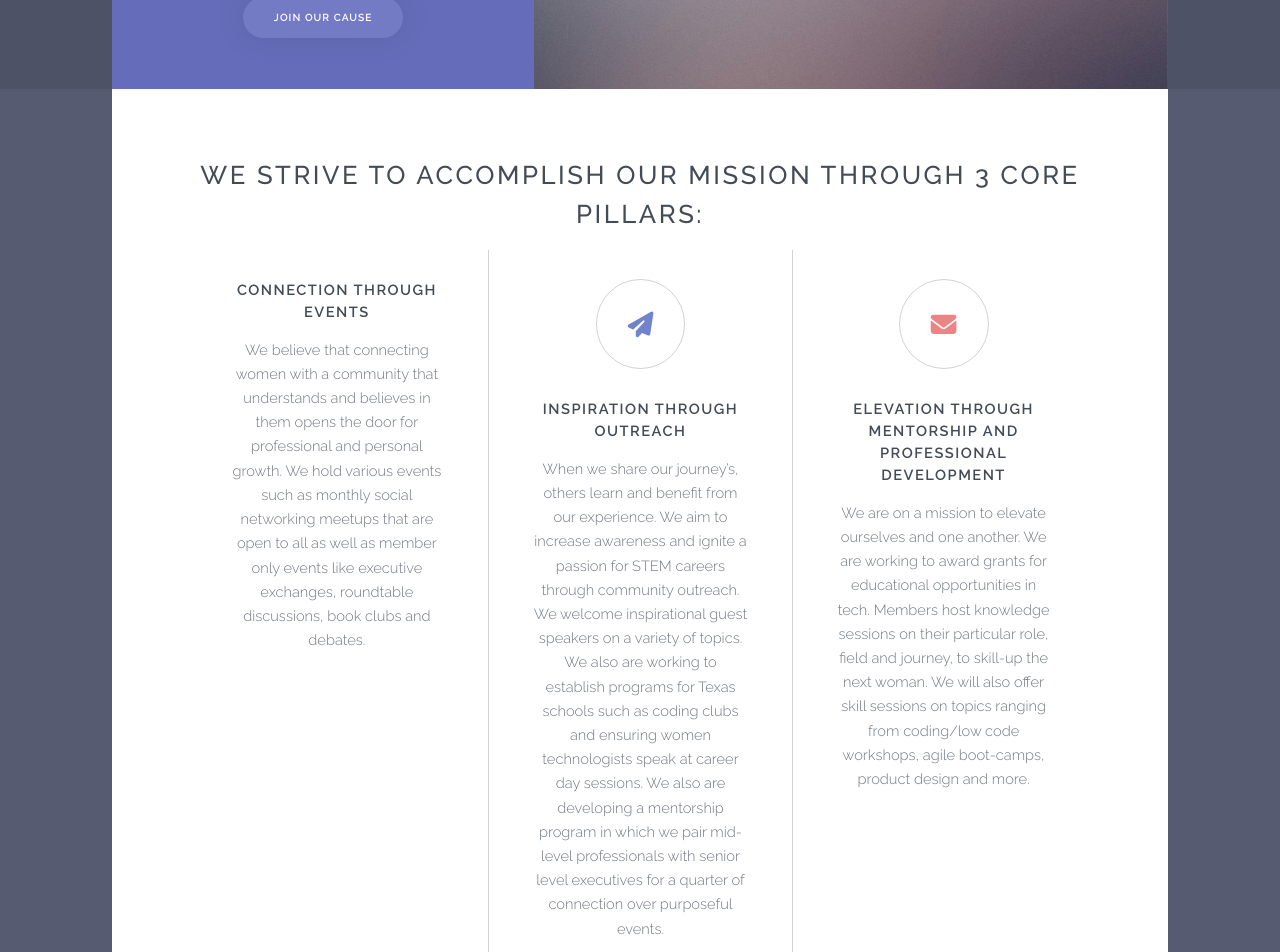
Repository: Roshanell/Houston-women-in-tech
Page: index.html
These files come from the project's save history. The page is drawn as it stood at one moment and after the next save; the edit follows.
The browser window is 1280 px wide. The pictures show the part of the page from y = 420 to 1372 px (the page is 3534 px tall).
Pictures or frames that could not be fetched are drawn as grey boxes. Some web libraries are served in a nearby version.

Above is the page before, as saved 2022-12-11 20:40:12.

### index.html
<!DOCTYPE HTML>

<html>

	<head>
		<title>Texas Women In Tech</title>
		<meta charset="utf-8" />
		<meta name="viewport" content="width=device-width, initial-scale=1, user-scalable=no" />
		<link rel="stylesheet" href="assets/css/main.css" />
		<script src="https://kit.fontawesome.com/48e7997292.js" crossorigin="anonymous"></script>
	</head>

	<body class="is-preload">

		<!-- Page Wrapper -->
		<div id="page-wrapper">

			<!-- Wrapper -->
			<div class="wrapper">
				<div class="inner">

					<!-- Header -->
					<header id="header">
						<a href="index.html" class="logo">Altitude <span>by Pixelarity</span></a>
						<nav>
							<ul>
								<li><a href="#menu">Menu</a></li>
							</ul>
						</nav>
					</header>

					<!-- Nav -->
					<nav id="menu">
						<ul class="links">
							<li><a href="index.html">Home</a></li>
							<li><a href="generic.html">Generic</a></li>
							<li><a href="elements.html">Elements</a></li>
						</ul>
						<ul class="actions stacked">
							<li><a href="#" class="button primary fit">Sign Up</a></li>
							<li><a href="#" class="button fit">Log In</a></li>
						</ul>
					</nav>

					<!-- Banner -->
					<section id="banner">
						<div class="items">
							<section class="accent2">
								<h1>Our Mission</h1>
								<p>Texas Women in Tech is on a mission to empower women and contribute to sustainability in Texas, by
									investing in the skills of women in technology.
									<br>
									We are a volunteer run organization of Texas women in technology that desire meaningful connections
									with other women in tech, that are seeking to inspire and be inspired, and who are interested in
									elevating ourselves and each other.
								</p>
								<ul class="actions special">
									<li><a href="#" class="button primary">Join Our Cause</a></li>
								</ul>
							</section>
							<!-- <section class="accent3">
								<h1>Amet magna</h1>
								<p>Fusce lancinia ipsum feugiat dolor sed matis tempus sed nullam</p>
								<ul class="actions special">
									<li><a href="#" class="button primary">More</a></li>
								</ul>
							</section> -->
						</div>
						<div class="slider">
							<article>
								<img src="https://i.imgur.com/zqyubR5.png" alt="" data-position="bottom right" />
							</article>
							<article>
								<img src="images/pic02.jpg" alt="" data-position="bottom right" />
							</article>
							<article>
								<img src="images/pic03.jpg" alt="" data-position="top left" />
							</article>
						</div>
					</section>

				</div>
			</div>

			<!-- Wrapper -->
			<div class="wrapper">
				<div class="inner">

					<!-- Section -->
					<section class="main">
						<header class="major">
							<h2>We strive to accomplish our mission through 3 core pillars:</h2>
						</header>
						<div class="features">
							<section>
								<span class="<i class="fa-solid fa-link major accent2"></span>
								<h3>Connection through events</h3>
								<p>We believe that connecting women with a community that understands and believes in them opens the
									door for professional and personal growth. We hold various events such as monthly social networking
									meetups that are open to all as well as member only events like executive exchanges, roundtable
									discussions, book clubs and debates.</p>
							</section>
							<section>
								<span class="icon solid fa-paper-plane major accent3"></span>
								<h3>Inspiration through Outreach</h3>
								<p>When we share our journey’s, others learn and benefit from our experience. We aim to increase
									awareness and ignite a passion for STEM careers through community outreach. We welcome inspirational
									guest speakers on a variety of topics. We also are working to establish programs for Texas schools
									such as coding clubs and ensuring women technologists speak at career day sessions. We also are
									developing a mentorship program in which we pair mid-level professionals with senior level executives
									for a quarter of connection over purposeful events.</p>
							</section>
							<section>
								<span class="icon solid fa-envelope major accent4"></span>
								<h3>Elevation through Mentorship and Professional Development </h3>
								<p>We are on a mission to elevate ourselves and one another. We are working to award grants for
									educational opportunities in tech. Members host knowledge sessions on their particular role, field and
									journey, to skill-up the next woman. We will also offer skill sessions on topics ranging from
									coding/low code workshops, agile boot-camps, product design and more.

								</p>
							</section>
						</div>
					</section>

					<!-- Section -->
					<!-- <section class="carousel accent4">
						<article>
							<div class="image"><img src="images/pic04.jpg" alt="" data-position="center" /></div>
							<div class="content">
								<h3>Magna tempus</h3>
								<p>Adipiscing ullamcorper semper ut amet ac risus. Lorem sapien ut odio odio nunc. Ac adipiscing nibh
									porttitor erat risus justo adipiscing adipiscing amet placerat.</p>
							</div>
						</article>
						<article>
							<div class="image"><img src="images/pic05.jpg" alt="" data-position="center" /></div>
							<div class="content">
								<h3>Consequat ipsum</h3>
								<p>Sapien a lorem in integer ornare praesent commodo adipiscing arcu in massa commodo lorem accumsan at
									odio massa ac ac. Semper adipiscing varius accumsan.</p>
							</div>
						</article>
						<article>
							<div class="image"><img src="images/pic06.jpg" alt="" data-position="center" /></div>
							<div class="content">
								<h3>Magna tempus</h3>
								<p>Volutpat eu sed ante lacinia sapien lorem accumsan varius montes viverra nibh in adipiscing blandit
									tempus accumsan lorem ipsum dolor sit amet nullam aliquam.</p>
							</div>
						</article>
						<nav>
							<a href="#" class="previous"><span class="label">Previous</span></a>
							<a href="#" class="next"><span class="label">Next</span></a>
						</nav>
					</section> -->

					<!-- Section -->
					<section class="main">
						<header class="major">
							<h2>Get Involved</h2>
							<!-- <p>Lorem ipsum dolor sit amet</p> -->
						</header>
						<div class="spotlights">
							<article>
								<div class="image"><img src="images/pic07.jpg" alt="" data-position="center" /></div>
								<div class="content">
									<h3>Membership</h3>
									<p>Join a community of Texas women in tech that get it. Members get exclusive access to member only
										events, newsletters, job postings and more.</p>
									<ul class="actions special">
										<li><a href="#" class="button primary">More</a></li>
									</ul>
								</div>
							</article>
							<article>
								<div class="image"><img src="images/pic08.jpg" alt="" data-position="center" /></div>
								<div class="content">
									<h3>Sponsorship</h3>
									<p>Corporate sponsorships are what supports our mission efforts to provide scholarship
										opportunities, professional development and events. </p>
									<ul class="actions special">
										<li><a href="#" class="button primary">More</a></li>
									</ul>
								</div>
							</article>
							<article>
								<div class="image"><img src="images/pic08.jpg" alt="" data-position="center" /></div>
								<div class="content">
									<h3>Volunteer</h3>
									<p>Our members are often looking for ways to give back to the community. We have a number of
										volunteer opportunities available. If you can commit as little as 1 hour per quarter- we need your
										help! Please consider volunteering to help us further our mission. </p>
									<ul class="actions special">
										<li><a href="#" class="button primary">More</a></li>
									</ul>
								</div>
							</article>
						</div>
					</section>

				</div>
			</div>

			<!-- Wrapper -->
			<div class="wrapper">
				<div class="inner">

					<!-- Section -->
					<section class="main accent2">
						<header class="major">
							<h2>Get notified</h2>
							<p>Lorem ipsum dolor sit amet nullam feugiat tempus</p>
						</header>
						<form method="post" action="#" class="combined">
							<input type="email" name="email" id="email" placeholder="Email address" class="invert" />
							<input type="submit" class="primary" value="Sign Up" />
						</form>
					</section>

					<!-- Footer -->
					<footer id="footer">
						<section class="links">
							<div>
								<h3>Magna</h3>
								<ul class="plain">
									<li><a href="#">Aliquam tempus</a></li>
									<li><a href="#">Ultrecies nul</a></li>
									<li><a href="#">Gravida ultricies</a></li>
									<li><a href="#">Commodo etiam</a></li>
								</ul>
							</div>
							<div>
								<h3>Feugiat</h3>
								<ul class="plain">
									<li><a href="#">Morbi sem lorem</a></li>
									<li><a href="#">Praes sed dapi</a></li>
									<li><a href="#">Sed adipis nullam</a></li>
									<li><a href="#">Fus dolor lacinia</a></li>
								</ul>
							</div>
							<div>
								<h3>Tempus</h3>
								<ul class="plain">
									<li><a href="#">Donecnec etiam</a></li>
									<li><a href="#">Aapibus sedun</a></li>
									<li><a href="#">Namnulla tempus</a></li>
									<li><a href="#">Morbi set amet</a></li>
								</ul>
							</div>
							<div>
								<h3>Aliquam</h3>
								<ul class="plain">
									<li><a href="#">Lorem prasent dia</a></li>
									<li><a href="#">Nellentes ipsum</a></li>
									<li><a href="#">Diamsed arcu dolor</a></li>
									<li><a href="#">Sit amet cursus</a></li>
								</ul>
							</div>
						</section>
						<ul class="contact-icons">
							<li class="icon solid fa-home">1234 Fictional Street #5432 Nashville, TN 00000-0000</li>
							<li class="icon solid fa-phone"><a href="#">(000) 000-0000</a></li>
							<li class="icon solid fa-envelope"><a href="#">info@untitled.tld</a></li>
						</ul>
						<p class="copyright">&copy; Untitled. All rights reserved.</p>
					</footer>

				</div>
			</div>

		</div>

		<!-- Scripts -->
		<script src="assets/js/jquery.min.js"></script>
		<script src="assets/js/browser.min.js"></script>
		<script src="assets/js/breakpoints.min.js"></script>
		<script src="assets/js/util.js"></script>
		<script src="assets/js/main.js"></script>

	</body>

</html>

Loaded but not shown: assets/css/fontawesome-all.min.css (library); assets/js/jquery.min.js (library); assets/js/browser.min.js (common file); assets/js/breakpoints.min.js (common file); assets/js/util.js (587 lines, source omitted); assets/js/main.js (337 lines, source omitted); assets/css/main.css (5511 lines, source omitted)

After the next save:
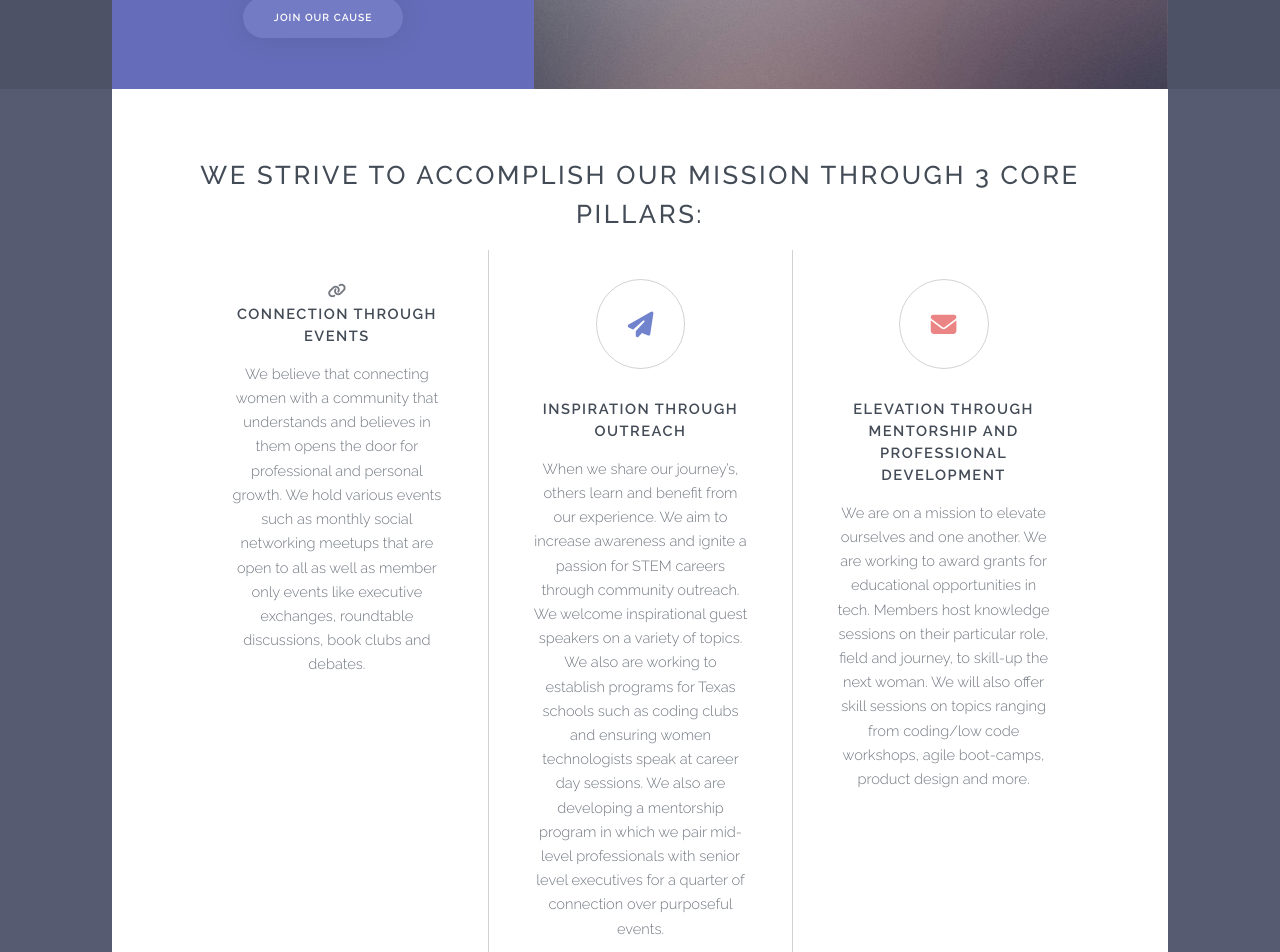
Saved 7 s later.
--- a/index.html
+++ b/index.html
@@ -93,7 +93,7 @@
 						</header>
 						<div class="features">
 							<section>
-								<span class="<i class="fa-solid fa-link major accent2"></span>
+								<span class="fa-solid fa-link major accent2"></span>
 								<h3>Connection through events</h3>
 								<p>We believe that connecting women with a community that understands and believes in them opens the
 									door for professional and personal growth. We hold various events such as monthly social networking
